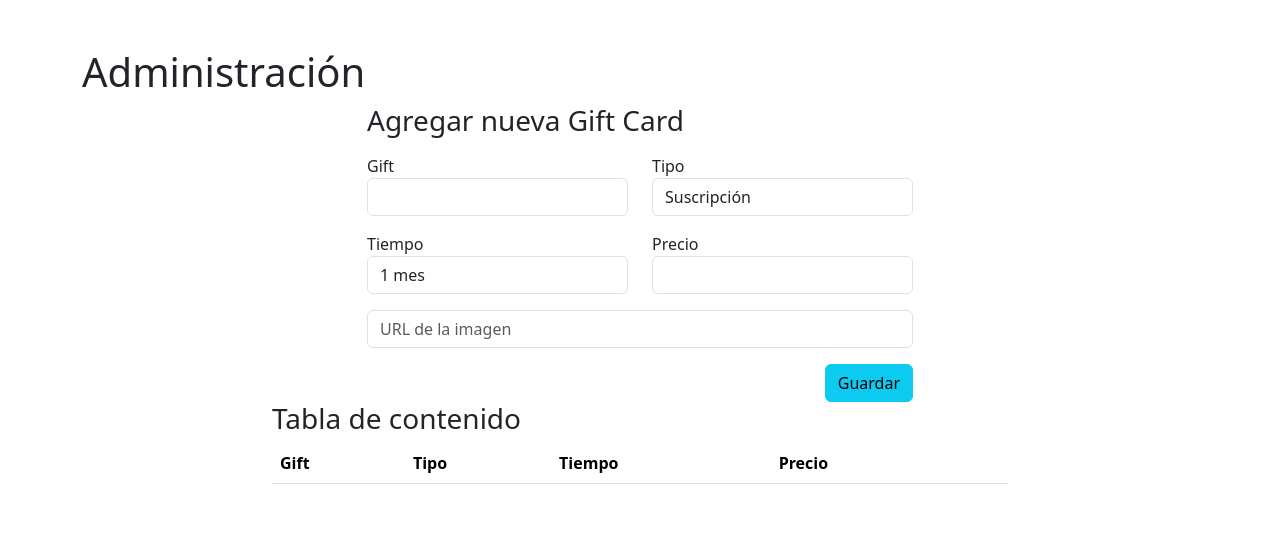
Repository: pedro-donoso/vanilla-js
Page: index.html
An editor plug-in stored every save of this project. The page is shown before and after the next save, followed by the edit.
The browser window is 1280 px wide. The pictures show the whole page.

Above is the page before, as saved 2024-02-04 23:54:30.
Console error: SyntaxError: Unexpected identifier 'assert'

### index.html
<!doctype html>
<html lang="es">

<head>
    <meta charset="utf-8">
    <meta name="viewport" content="width=device-width, initial-scale=1">
    <title>CRUD JavaScript</title>
    <link href="https://cdn.jsdelivr.net/npm/bootstrap@5.3.2/dist/css/bootstrap.min.css" rel="stylesheet"
        integrity="sha384-T3c6CoIi6uLrA9TneNEoa7RxnatzjcDSCmG1MXxSR1GAsXEV/Dwwykc2MPK8M2HN" crossorigin="anonymous">
</head>

<body>

    <div class="container">
        <div class="row">
            <div class="col">
                <h1 class="mt-5">Administración</h1>
            </div>
        </div>
        <!-- FORMULARIO -->
        <div class="row">
            <div class="col-12 col-md-6 offset-md-3">
                <h3>Agregar nueva Gift Card</h3>
                <form id="formGift">
                    <div class="row mt-3">
                        <div class="col">
                            <label>Gift</label>
                            <input type="text" class="form-control" id="gift" required>
                        </div>
                        <div class="col">
                            <label>Tipo</label>
                            <select id="tipo" class="form-control">
                                <option value="Suscripcion">Suscripción</option>
                                <option value="Compra">Compra</option>
                            </select>
                        </div>
                    </div>
                    <div class="row mt-3">
                        <div class="col">
                            <label>Tiempo</label>
                            <select id="tiempo" class="form-control">
                                <option value="1 mes">1 mes</option>
                                <option value="3 meses">3 meses</option>
                                <option value="6 meses">6 meses</option>
                            </select>
                        </div>
                        <div class="col">
                            <label>Precio</label>
                            <input type="number" class="form-control" id="precio" required>
                        </div>
                    </div>
                    <div class="row mt-3">
                        <div class="col">
                            <input type="text" class="form-control" required placeholder="URL de la imagen" id="imagen">
                        </div>
                    </div>
                    <div class="mt-3 d-flex justify-content-end">
                        <button class="btn btn-info">Guardar</button>
                    </div>
                </form>
            </div>
        </div>
        <!-- FORMULARIO -->

        <!-- TABLA -->
        <div class="row">
            <div class="col-12 col-md-8 offset-md-2">
                <h3>Tabla de contenido</h3>
                <table class="table table-striped">
                    <thead>
                        <tr>
                            <th>Gift</th>
                            <th>Tipo</th>
                            <th>Tiempo</th>
                            <th>Precio</th>
                            <th></th>
                        </tr>
                    </thead>

                    <tbody id="cuerpo-tabla">

                    </tbody>
                </table>
            </div>
        </div>
        <!-- TABLA -->
    </div>

    <!-- Modal -->
    <div class="modal fade" id="modalGift" tabindex="-1" aria-labelledby="modalGiftLabel" aria-hidden="true">
        <div class="modal-dialog">
            <div class="modal-content">
                <div class="modal-header">
                    <h1 class="modal-title fs-5" id="modalGiftLabel">Modificar Gift</h1>
                    <button type="button" class="btn-close" data-bs-dismiss="modal" aria-label="Close"></button>
                </div>
                <div class="modal-body">
                    <form id="formModal">
                        <div class="row mb-3">
                            <div class="col">
                                <label for="">Gift</label>
                                <input type="text" id="giftModal" class="form-control" required />
                            </div>
                            <div class="col">
                                <label for="tipo">Tipo</label>
                                <select name="tipo" id="tipoModal" class="form-control">
                                    <option value="Suscripción">Suscripción</option>
                                    <option value="Compra">Compra</option>
                                </select>
                            </div>
                        </div>
                        <div class="row mb-3">
                            <div class="col">
                                <label for="tiempo">Tiempo</label>
                                <select name="tiempo" id="tiempoModal" class="form-control">
                                    <option value="1 mes">1 mes</option>
                                    <option value="3 meses">3 meses</option>
                                    <option value="5 meses">5 meses</option>
                                </select>
                            </div>
                            <div class="col">
                                <label for="">Precio</label>
                                <input type="number" id="precioModal" class="form-control" required />
                            </div>
                        </div>
                        <div class="row mt-3">
                            <div class="col">
                                <label for="">Imagen</label>
                                <input type="text" class="form-control" placeholder="URL de la imagen" id="imagenModal"
                                    required />
                            </div>
                        </div>
                        <div class="mt-3 d-flex justify-content-end">
                            <button class="btn btn-info">Actualizar</button>
                        </div>
                    </form>
                </div>
            </div>
        </div>
    </div>

    <script src="https://cdn.jsdelivr.net/npm/bootstrap@5.3.2/dist/js/bootstrap.bundle.min.js"
        integrity="sha384-C6RzsynM9kWDrMNeT87bh95OGNyZPhcTNXj1NW7RuBCsyN/o0jlpcV8Qyq46cDfL"
        crossorigin="anonymous"></script>

    <script src="./js/app.js" type="module"></script>

</body>

</html>

### js/app.js
// Importo datos desde el archivo JSON y me aseguro que los datos importados sean de tipo JSON.
import datos from "../data/data.json" assert { type: "json" };

// Importo la clase Gift desde el archivo "clases.js"
import { Gift } from "./clases.js";

// Selecciono el elemento HTML con el id "cuerpo-tabla"
const cuerpoTabla = document.querySelector("#cuerpo-tabla");

// Llamo al Modal
const myModal = new bootstrap.Modal(document.getElementById("modalGift"));

// Variable Global
let idGiftUpdate = null;

// Método Global para mostrar el Modal
window.mostrarModal = (id) => {
  idGiftUpdate = id;
  let index = datos.findIndex((item) => item.id == idGiftUpdate);

  document.querySelector("#giftModal").value = datos[index].gift;
  document.querySelector("#tipoModal").value = datos[index].tipo;
  document.querySelector("#tiempoModal").value = datos[index].tiempo;
  document.querySelector("#precioModal").value = datos[index].precio;
  document.querySelector("#imagenModal").value = datos[index].imagen;

  myModal.show();
};

// Actualizar los Datos, e para que no se refresque la pantalla
const giftUpdate = (e) => {
  e.preventDefault();
  let index = datos.findIndex((item) => item.id == idGiftUpdate);
  datos[index].gift = document.querySelector("#giftModal").value;
  datos[index].tipo = document.querySelector("#tipoModal").value;
  datos[index].tiempo = document.querySelector("#tiempoModal").value;
  datos[index].precio = document.querySelector("#precioModal").value;
  datos[index].imagen = document.querySelector("#imagenModal").value;

  cargarTabla()

  myModal.hide()

};

// Creo Función para cargar y mostrar los datos en la tabla HTML
const cargarTabla = () => {
  // Limpio el contenido existente en el cuerpo de la tabla
  cuerpoTabla.innerHTML = "";

  // Mapea cada elemento de los datos y crea filas de la tabla HTML
  datos.map((item) => {
    const fila = document.createElement("tr");

    // Celdas HTML para cada propiedad del elemento
    const celdas = `<th>${item.gift}</th>
        <td>${item.tipo}</td>
        <td>${item.tiempo}</td>
        <td>$${item.precio}</td>
        <td>
            <div class="d-flex gap-2">
            <button onclick="mostrarModal(${item.id})" class="btn btn-outline-warning">
            <img src="img/boligrafo.png"/>
            </button>
            <button onclick="borrarGift(${item.id})" class="btn btn-outline-danger">
            <img src="img/cerrar.png"/>
            </button>
            </div>
        </td>
        `;

    // Establece el innerHTML de la fila y la agrega al cuerpo de la tabla
    fila.innerHTML = celdas;
    cuerpoTabla.append(fila);
  });
};

// Función para agregar un nuevo Gift cuando se envía el formulario
const agregarGift = (event) => {
  event.preventDefault();

  // Extraigo valores de los inputs del formulario
  let id = datos.at(-1).id + 1;
  let gift = document.querySelector("#gift").value;
  let tipo = document.querySelector("#tipo").value;
  let tiempo = document.querySelector("#tiempo").value;
  let precio = document.querySelector("#precio").value;
  let imagen = document.querySelector("#imagen").value;

  // Creo un nuevo objeto Gift y lo agrego al array de datos
  datos.push(new Gift(id, gift, tipo, tiempo, precio, imagen));

  // Reinicio el formulario y recargo la tabla
  document.querySelector("#formGift").reset();
  cargarTabla();
};

// Función para borrar un Gift cuando se hace clic en el botón correspondiente
window.borrarGift = (id) => {
  let index = datos.findIndex((item) => item.id == id);

  let validar = confirm(
    `Está seguro/a que quiere eliminar la gift card ${datos[index].gift}?`
  );

  if (validar) {
    datos.splice(index, 1);
    cargarTabla();
  }
};

// Inicializo la tabla cuando se carga el script
cargarTabla();

// Agrego un event listener al formulario para manejar las envíos
document.querySelector("#formGift").addEventListener("submit", agregarGift);

// Actualizar formulario
document.querySelector("#formModal").addEventListener("submit", giftUpdate);

After the next save:
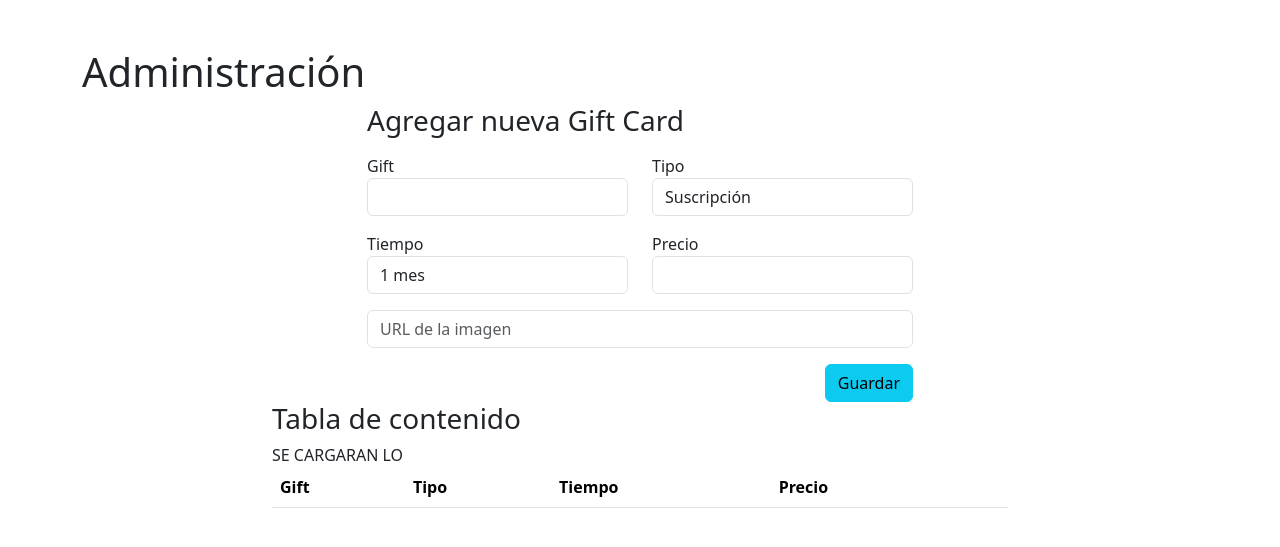
Saved 7 s later.
--- a/index.html
+++ b/index.html
@@ -76,7 +76,7 @@
                             <th></th>
                         </tr>
                     </thead>
-
+                    SE CARGARAN LO
                     <tbody id="cuerpo-tabla">
 
                     </tbody>
